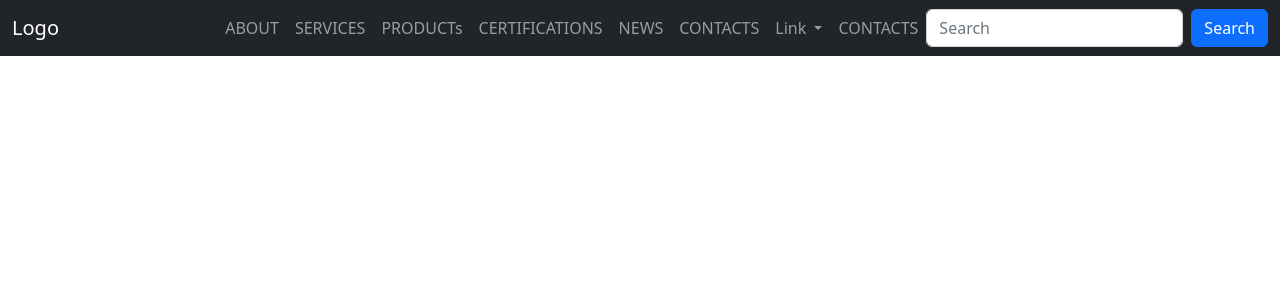
Repository: nourHellani/Buckler
Page: index.html
These files come from the project's save history. The page is drawn as it stood at one moment and after the next save; the edit follows.
The browser window is 1280 px wide. The pictures show the whole page.

Above is the page before, as saved 2023-02-13 11:05:16.

After the next save:
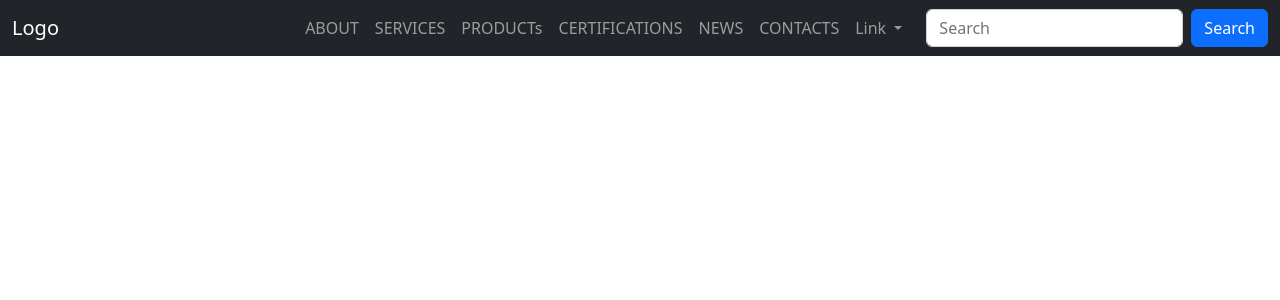
Saved 19 s later.
--- a/index.html
+++ b/index.html
@@ -49,7 +49,7 @@
                         </ul>
                       </li>
                       <li class="nav-item">
-                        <a class="nav-link" href="javascript:void(0)">CONTACTS</a>
+                        <a class="nav-link" href="javascript:void(0)"><i class="fa fa-search"></i></a>
                       </li>
 
                     </ul>
